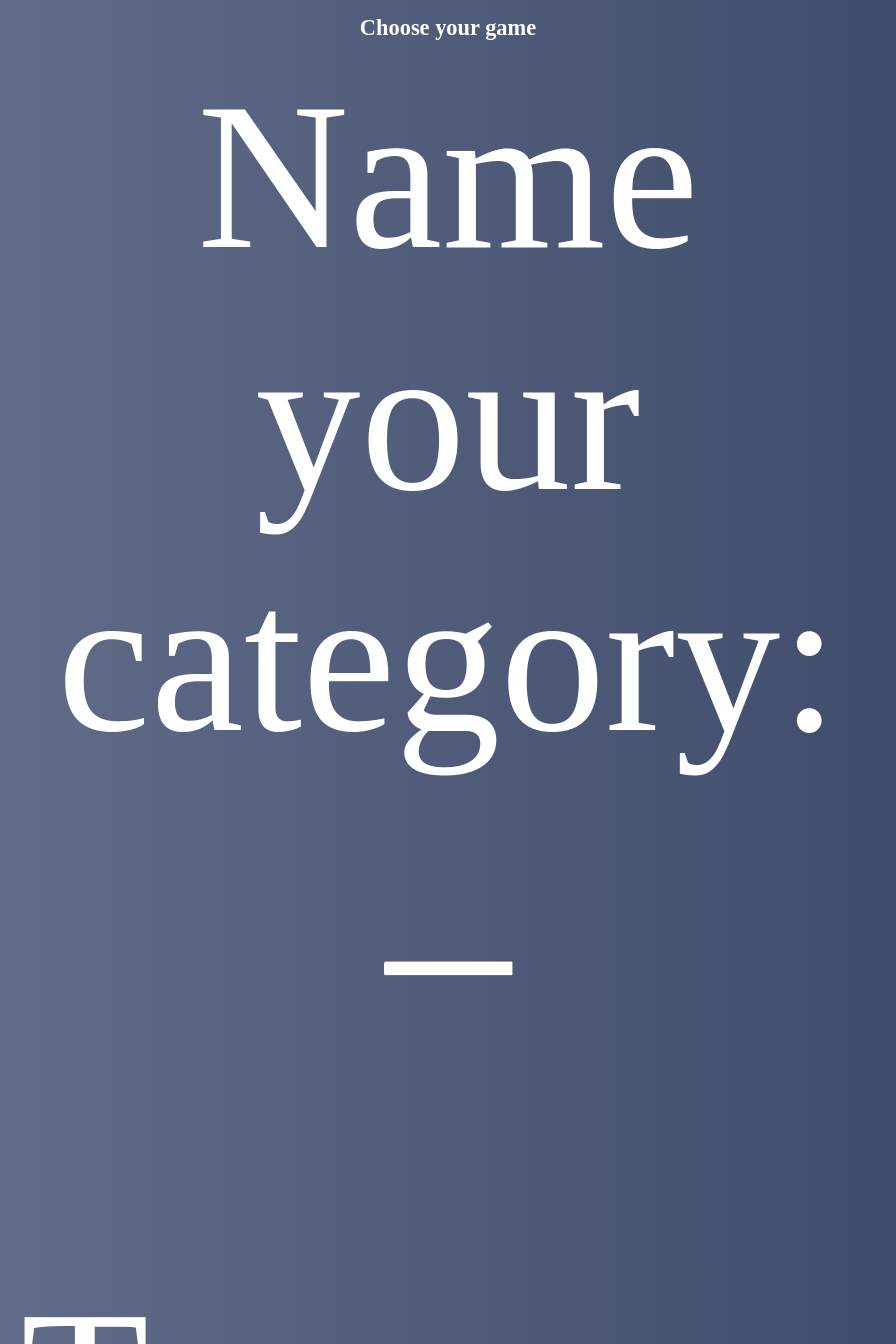
Repository: Darkingfired/Game
Page: index.html
These files come from the project's save history. The page is drawn as it stood at one moment and after the next save; the edit follows.
The browser window is 1280 px wide. The pictures show the part of the page from y = 0 to 1920 px (the page is 3193 px tall before and 720 px after), at 70% of full size.

Above is the page before, as saved 2022-09-09 04:16:51.
Console error: SyntaxError: Cannot use import statement outside a module

### index.html
<!DOCTYPE html>
<html lang="en">
  <head>
    <title>Game For Family</title>
    <meta charset="UTF-8" />
    <meta http-equiv="X-UA-Compatible" content="IE=edge" />
    <meta name="viewport" content="width=device-width, initial-scale=1.0" />
    <link rel="stylesheet" href="style.css" />
    <script defer src="script.js"></script>
  </head>
  <body>
    <h1>Choose your game</h1>
    <form action="http://127.0.0.1:5500/hangman.html" method="get">
      <label for="fname">Name your category:</label>
      <input type="text" id="fname" name="fname"><br><br>
      <label for="lname">Type your word:</label>
      <input type="text" id="lname" name="lname"><br><br>
      <input style="width: 9%" style ="height: 6%" type="submit" value="Start">
    </form>
        <!-- <button class="button button4"><a>click here</a></button> -->
  </body>
</html>
<!--
<iframe id="ssIFrame_google" sandbox="allow-scripts allow-same-origin" aria-hidden="true" frame-border="0" src="https://accounts.google.com/o/oauth2/iframe#origin=https%3A%2F%2Fwww.linkedin.com&amp;rpcToken=400577418.81786543" style="position: absolute; width: 1px; height: 1px; inset: -9999px; display: none;"></iframe> -->

### style.css
body {
  /** background-image: linear-gradient(to right, #f46b45, #eea849); */
  background-image: linear-gradient(to right, #606c88, #3f4c6b);
  color: white;
  text-align: center;
}
.wrapper {
  width: fit-content;
  margin: auto;
}
.hint-div {
  display: flex;
  color: chartreuse;
}
.hint-button,
.reset-button,
.notification-button {
  cursor: pointer;
}
.reset-button {
  margin-left: auto;
}
.alpha {
  width: 2rem;
  height: 2rem;
  background: #ffe5b4;
  border: none;
  border-radius: 4px;
  margin: 3px;
  cursor: pointer;
}
.alpha:hover {
  background-color: #e75480;
  border: none;
}
.disabled {
  pointer-events: none;
  background-color: darkgray;
}

.word-div {
  display: inline-flex;
}
.word {
  margin-right: 1.5rem;
}
.notification {
  position: absolute;
  top: 50%;
  left: 50%;
  transform: translate(-50%, -50%);
  background: #fc6c85;
  width: 20rem;
  padding: 20px 10px;
  border-radius: 4px;
  box-shadow: 3px 3px 1px 1px rgba(0, 0, 0, 0.2);
}
.blur {
  filter: blur(2px);
}
.hidden {
  display: none;
}
form {
  display: block;
  font-size: 300px;
}

### script.js
import React from 'react';

var input;



if(input == HangMan){


}
else if (input != HangMan){
    Document.write("Ko co Game nay");
}

After the next save:
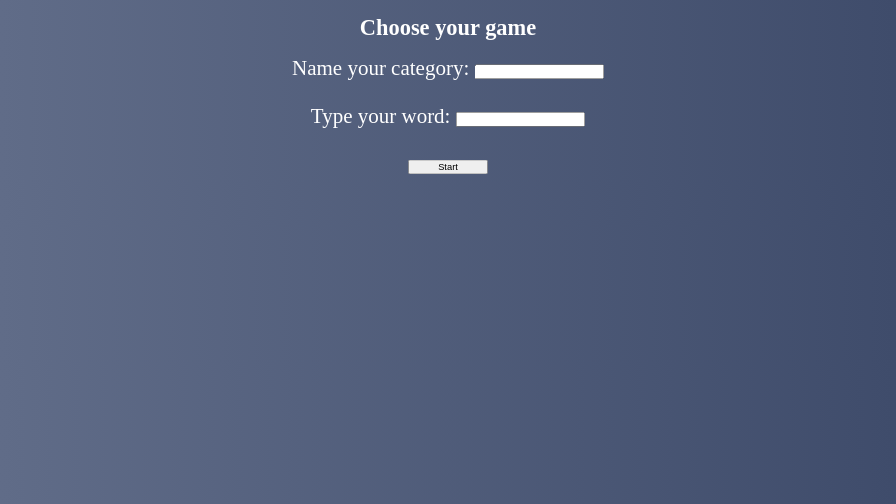
Saved 10 s later.
--- a/style.css
+++ b/style.css
@@ -63,5 +63,5 @@ body {
 }
 form {
   display: block;
-  font-size: 300px;
+  font-size: 30px;
 }
